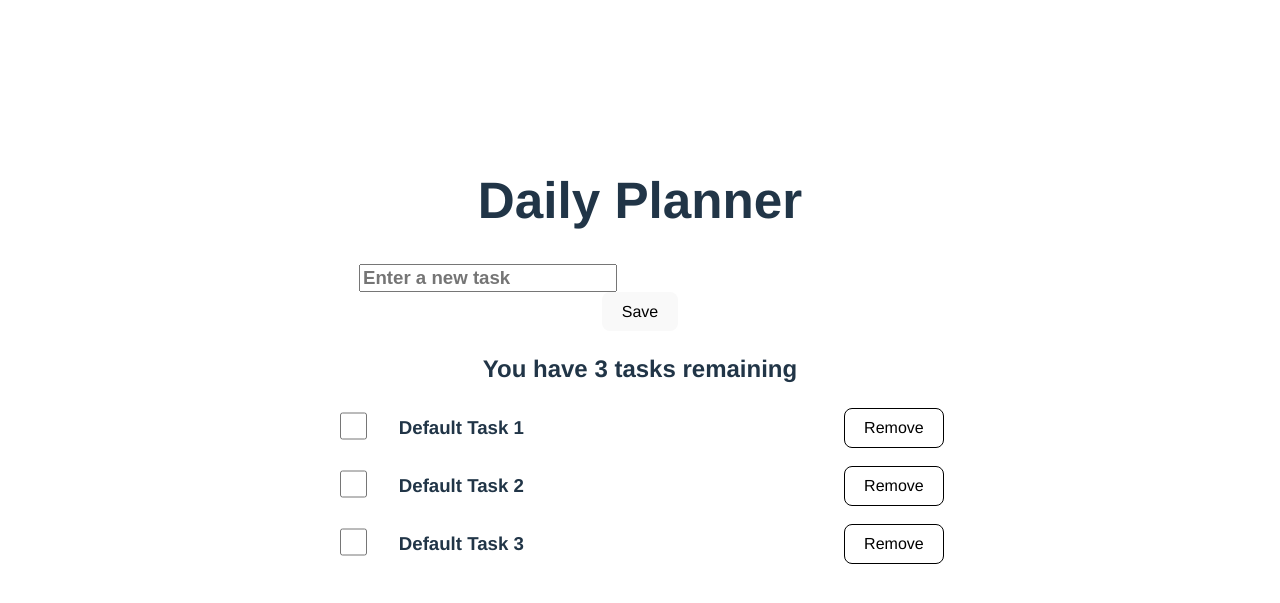
Repository: MonicaNguyenH/Frontend_Assignment6
Page: / (app in react/)
These files come from the project's save history. The page is drawn as it stood at one moment and after the next save; the edit follows.
The browser window is 1280 px wide. The pictures show the whole page.
The project was rebuilt for these pictures with package versions that can differ from the ones it lists, and the page was loaded fresh each time. Also part of the build but not shown: react/vite.config.js.

Above is the page before, as saved 2024-10-11 00:31:31.

After the next save:
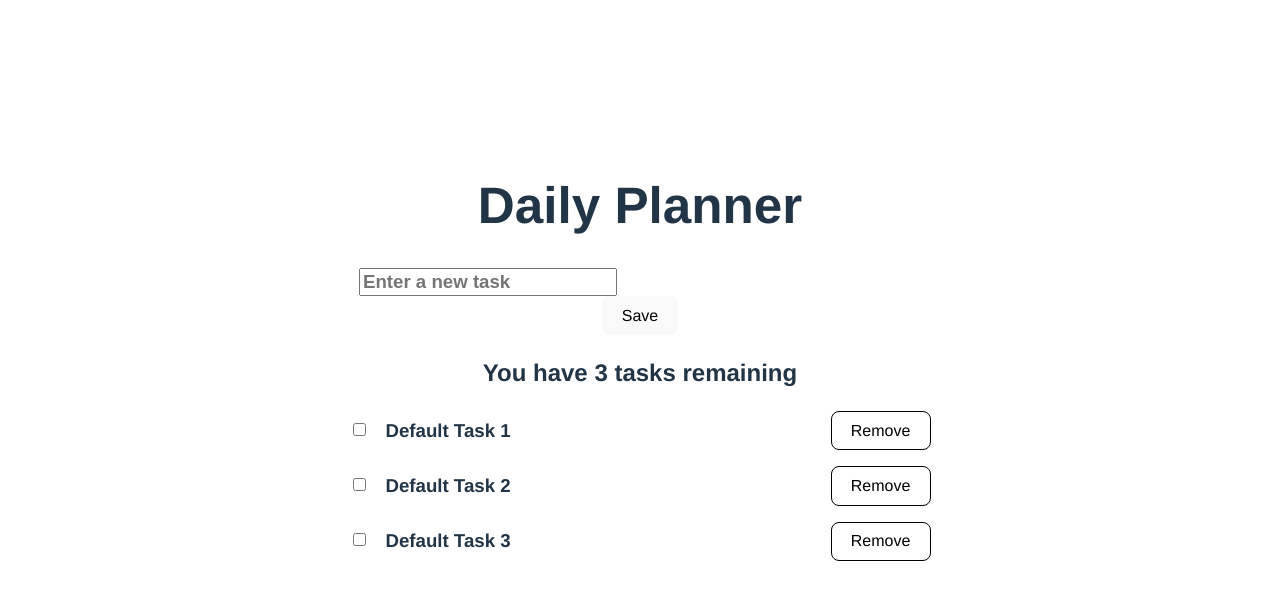
Saved 80 s later.
--- a/react/src/components/Task.jsx
+++ b/react/src/components/Task.jsx
@@ -47,7 +47,7 @@ export default function Task({name, toggleComplete, id, completed}){
                 <label htmlFor="checkbox">
                     <input
                         type="checkbox"
-                        id="checkbox"
+                        id={`checkbox-${id}`}
                         ref={checkboxRef}
                         defaultChecked={completed} // current taks status based on completion
                         onChange={() => toggleComplete(id)}
